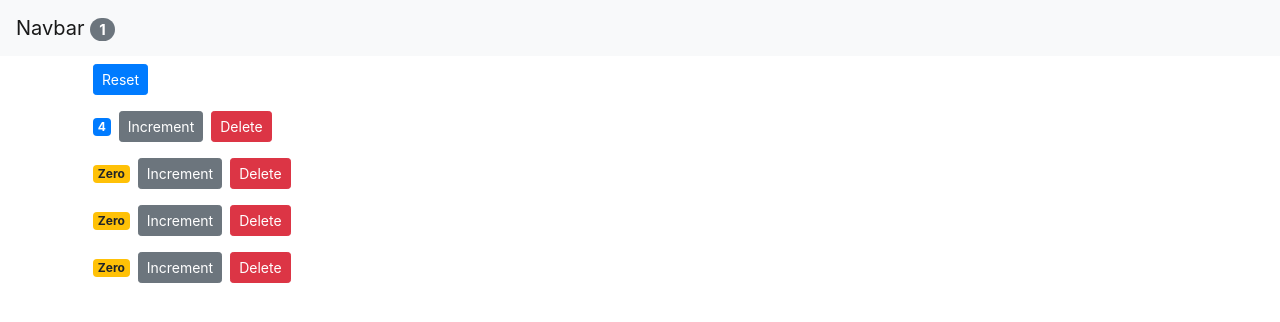
Repository: smk87/First-React-App
Page: /
An editor plug-in stored every save of this project. The page is shown before and after the next save, followed by the edit.
The browser window is 1280 px wide. The pictures show the whole page.
The project was rebuilt for these pictures with package versions that can differ from the ones it lists, and the page was loaded fresh each time. Also part of the build but not shown: src/App.css.

Above is the page before, as saved 2019-01-06 13:54:30.

### public/index.html
<!DOCTYPE html>
<html lang="en">
  <head>
    <meta charset="utf-8" />
    <link rel="shortcut icon" href="%PUBLIC_URL%/favicon.ico" />
    <meta
      name="viewport"
      content="width=device-width, initial-scale=1, shrink-to-fit=no"
    />
    <meta name="theme-color" content="#000000" />
    <!--
      manifest.json provides metadata used when your web app is added to the
      homescreen on Android. See https://developers.google.com/web/fundamentals/web-app-manifest/
    -->
    <link rel="manifest" href="%PUBLIC_URL%/manifest.json" />
    <!--
      Notice the use of %PUBLIC_URL% in the tags above.
      It will be replaced with the URL of the `public` folder during the build.
      Only files inside the `public` folder can be referenced from the HTML.

      Unlike "/favicon.ico" or "favicon.ico", "%PUBLIC_URL%/favicon.ico" will
      work correctly both with client-side routing and a non-root public URL.
      Learn how to configure a non-root public URL by running `npm run build`.
    -->
    <title>Cart by React</title>
  </head>
  <body>
    <noscript>You need to enable JavaScript to run this app.</noscript>
    <div id="root"></div>
    <!--
      This HTML file is a template.
      If you open it directly in the browser, you will see an empty page.

      You can add webfonts, meta tags, or analytics to this file.
      The build step will place the bundled scripts into the <body> tag.

      To begin the development, run `npm start` or `yarn start`.
      To create a production bundle, use `npm run build` or `yarn build`.
    -->
  </body>
</html>

### src/App.js
import React, { Component } from "react";
import logo from "./logo.svg";
import "./App.css";
import NavBar from "./components/navbar";
import Counters from "./components/counters";

class App extends Component {
  state = {
    counters: [
      { id: 1, value: 4 },
      { id: 2, value: 0 },
      { id: 3, value: 0 },
      { id: 4, value: 0 }
    ]
  };

  handleDelete = counterId => {
    const counters = this.state.counters.filter(c => c.id !== counterId);
    this.setState({ counters });
  };

  handleReset = () => {
    const reset = this.state.counters.map(c => {
      c.value = 0;
      return c;
    });
    this.setState({ reset });
  };

  handleIncrement = counter => {
    console.log(counter);

    const counters = [...this.state.counters];
    const index = counters.indexOf(counter);
    counters[index] = { ...counter };
    counters[index].value++;
    this.setState({ counters });
  };

  render() {
    return (
      <React.Fragment>
        <NavBar
          totalCounters={this.state.counters.filter(c => c.value > 0).length}
        />
        <main className="container">
          <Counters
            counters={this.state.counters}
            onReset={this.handleReset}
            onIncrement={this.handleIncrement}
            onDelete={this.handleDelete}
          />
        </main>
      </React.Fragment>
    );
  }
}

export default App;

### src/components/navbar.jsx
import React, { Component } from "react";

class NavBar extends Component {
  //state = {};
  render() {
    return (
      <nav className="navbar navbar-light bg-light">
        <a className="navbar-brand" href="#">
          Navbar{" "}
          <span className="badge badge-pill badge-secondary">
            {this.props.totalCounters}
          </span>
        </a>
      </nav>
    );
  }
}

export default NavBar;

### src/components/counters.jsx
import React, { Component } from "react";
import Counter from "./counter";

class Counters extends Component {
  render() {
    return (
      <div>
        <button
          onClick={this.props.onReset}
          className="btn btn-primary btn-sm m-2"
        >
          Reset
        </button>

        {this.props.counters.map(counter => (
          <Counter
            onDelete={this.props.onDelete}
            onIncrement={this.props.onIncrement}
            key={counter.id}
            counter={counter}
          />
        ))}
      </div>
    );
  }
}

export default Counters;

### src/components/counter.jsx
import React, { Component } from "react";

class Counter extends Component {
  render() {
    return (
      <div>
        <span className={this.getBadgeClasses()}>{this.formatCount()}</span>
        <button
          onClick={() => this.props.onIncrement(this.props.counter)}
          className="btn btn-secondary btn-sm"
        >
          Increment
        </button>
        <button
          onClick={() => this.props.onDelete(this.props.counter.id)}
          className="btn btn-danger btn-sm m-2"
        >
          Delete
        </button>
      </div>
    );
  }

  getBadgeClasses() {
    let classes = "badge m-2 badge-";
    classes += this.props.counter.value === 0 ? "warning" : "primary";
    return classes;
  }

  formatCount() {
    const { value: count } = this.props.counter;
    return count === 0 ? "Zero" : count;
  }
}

export default Counter;

Loaded but not shown: src/index.js (common file); src/index.css (common file); src/serviceWorker.js (common file)

After the next save:
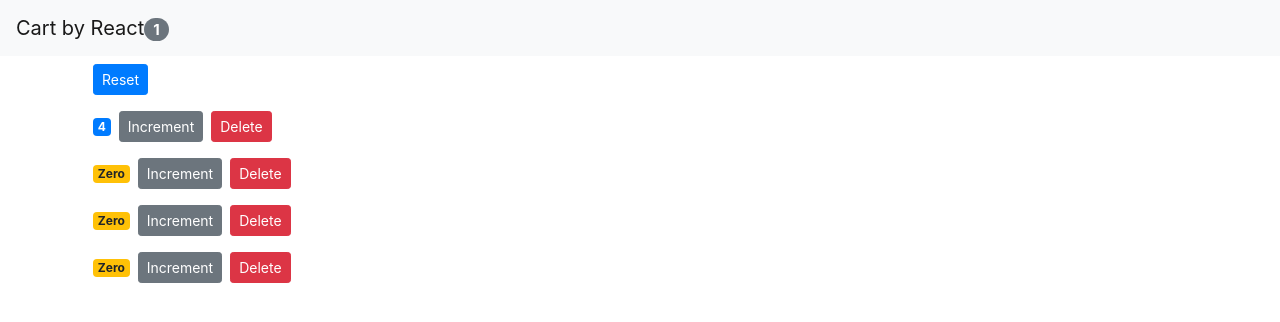
Saved 18 s later.
--- a/src/components/navbar.jsx
+++ b/src/components/navbar.jsx
@@ -6,7 +6,7 @@ class NavBar extends Component {
     return (
       <nav className="navbar navbar-light bg-light">
         <a className="navbar-brand" href="#">
-          Navbar{" "}
+          Cart by React
           <span className="badge badge-pill badge-secondary">
             {this.props.totalCounters}
           </span>
